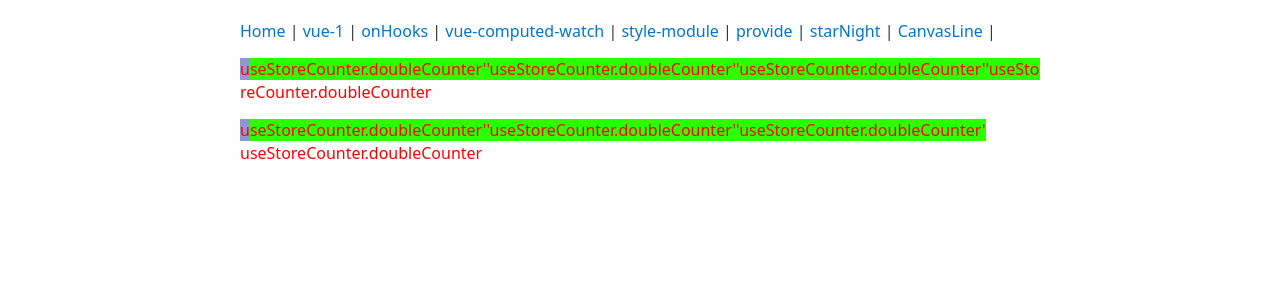
Repository: 596178924/vue3-ts-html
Page: /
The author's editor kept a copy of each file at every save. The page is drawn from the files as they stood at one save, then again after the next save.
The browser window is 1280 px wide. The pictures show the whole page.
The project was rebuilt for these pictures with package versions that can differ from the ones it lists, and the page was loaded fresh each time. Also part of the build but not shown: vue.config.js.

Above is the page before, as saved 2022-02-15 16:38:19.

### public/index.html
<!DOCTYPE html>
<html lang="">
  <head>
    <meta charset="utf-8">
    <meta http-equiv="X-UA-Compatible" content="IE=edge">
    <meta name="viewport" content="width=device-width,initial-scale=1.0">
	<link rel="stylesheet" href="https://cdn.jsdelivr.net/npm/water.css@2/out/water.css">
    <link rel="icon" href="<%= BASE_URL %>favicon.ico">
    <title><%= htmlWebpackPlugin.options.title %></title>
  </head>
  <body>
    <noscript>
      <strong>We're sorry but <%= htmlWebpackPlugin.options.title %> doesn't work properly without JavaScript enabled. Please enable it to continue.</strong>
    </noscript>
    <div id="app"></div>
    <!-- built files will be auto injected -->
  </body>
</html>

### src/main.ts
import { createApp } from 'vue';
import App from './App.vue';
import router from './router';
import { createPinia } from 'pinia'
const app = createApp(App);
app.use(createPinia());
app.use(router);
app.mount('#app');

### src/App.vue
<template>
  <div id="nav">
    <router-link to="/">Home</router-link> |
    <router-link to="/vue-1">vue-1</router-link> |
    <router-link to="/onHooks">onHooks</router-link> |
    <router-link to="/vue-computed-watch">vue-computed-watch</router-link> |
    <router-link to="/style-module">style-module</router-link> |
    <router-link to="/provide">provide</router-link> |
    <router-link to="/starNight">starNight</router-link> |
    <router-link to="/CanvasLine">CanvasLine</router-link> |

  </div>
  <router-view/>
</template>

<style lang="scss">

</style>

### src/router/index.ts
import { createRouter, createWebHashHistory, RouteRecordRaw } from 'vue-router';

const routes: Array<RouteRecordRaw> = [
	{
		path: '/',
		name: 'Home',
		component: () => import('@/views/Home.vue')
	},
	{
		path: '/vue-1',
		name: 'vue-1',
		component: () => import('@/views/vue-1.vue')
	},
	{
		path: '/onHooks',
		name: 'onHooks',
		component: () => import('@/views/onHooks.vue')
	},
	{
		path: '/vue-computed-watch',
		name: 'vue-computed-watch',
		component: () => import('@/views/vue-computed-watch.vue')
	},
	{
		path: '/style-module',
		name: 'style-module',
		component: () => import('@/views/style-module.vue')
	},
	{
		path: '/provide',
		name: 'provide',
		component: () => import('@/views/provide.vue')
	},
	{
		path: '/starNight',
		name: 'starNight',
		component: () => import('@/views/starNight.vue')
	},
	{
		path: '/CanvasLine',
		name: 'CanvasLine',
		component: () => import('@/views/CanvasLine.vue')
	},

];

const router = createRouter({
	history: createWebHashHistory(),
	routes
});

export default router;

### src/views/Home.vue
<template>
	<div class="home">
		<p
			class="red"
		>useStoreCounter.doubleCounter''useStoreCounter.doubleCounter''useStoreCounter.doubleCounter''useStoreCounter.doubleCounter</p>
		<p class="red">
			useStoreCounter.doubleCounter''useStoreCounter.doubleCounter''useStoreCounter.doubleCounter'
			<span>useStoreCounter.doubleCounter</span>
		</p>
	</div>
</template>

<script setup lang="ts" >
</script>
<style lang="scss" scoped>
.red {
	color: #ff0000;
	&::selection {
		color: gold;
		background-color: #0011ff;
	}
	&::first-line {
		background-color: #2bff00;
	}
	&::first-letter {
		background-color: #9196d1;
	}
}
</style>

After the next save:
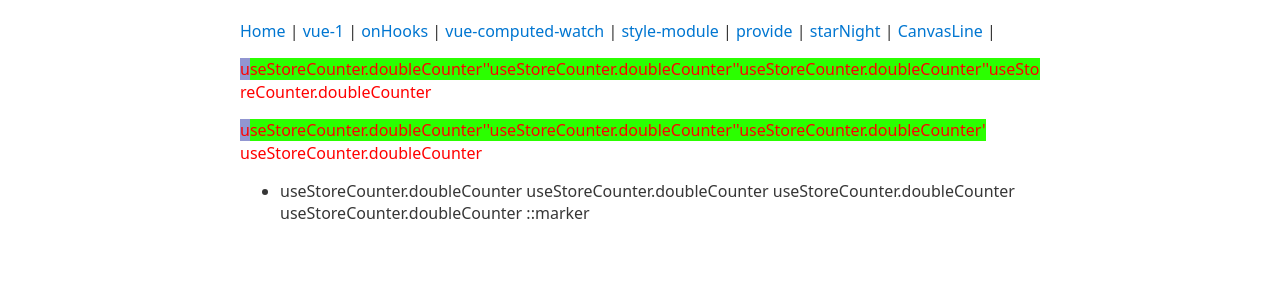
Saved 24 s later.
--- a/src/views/Home.vue
+++ b/src/views/Home.vue
@@ -7,6 +7,15 @@
 			useStoreCounter.doubleCounter''useStoreCounter.doubleCounter''useStoreCounter.doubleCounter'
 			<span>useStoreCounter.doubleCounter</span>
 		</p>
+		<ul>
+			<li>
+				useStoreCounter.doubleCounter
+				useStoreCounter.doubleCounter
+				useStoreCounter.doubleCounter
+				useStoreCounter.doubleCounter
+				::marker
+			</li>
+		</ul>
 	</div>
 </template>
 
